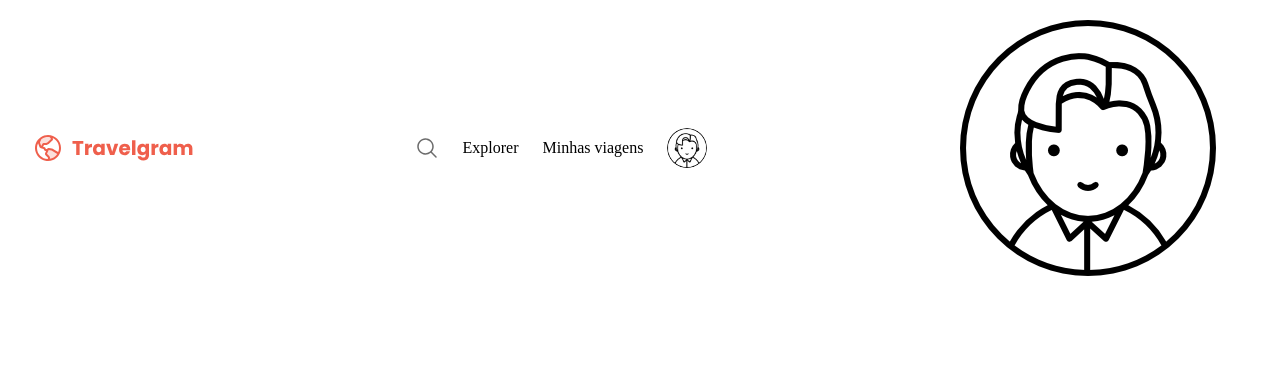
Repository: JeffRodFer/projeto-Travelgran-Rockeseat
Page: index.html
The author's editor kept a copy of each file at every save. The page is drawn from the files as they stood at one save, then again after the next save.
The browser window is 1280 px wide. The pictures show the whole page.

Above is the page before, as saved 2025-03-22 14:24:25.

After the next save:
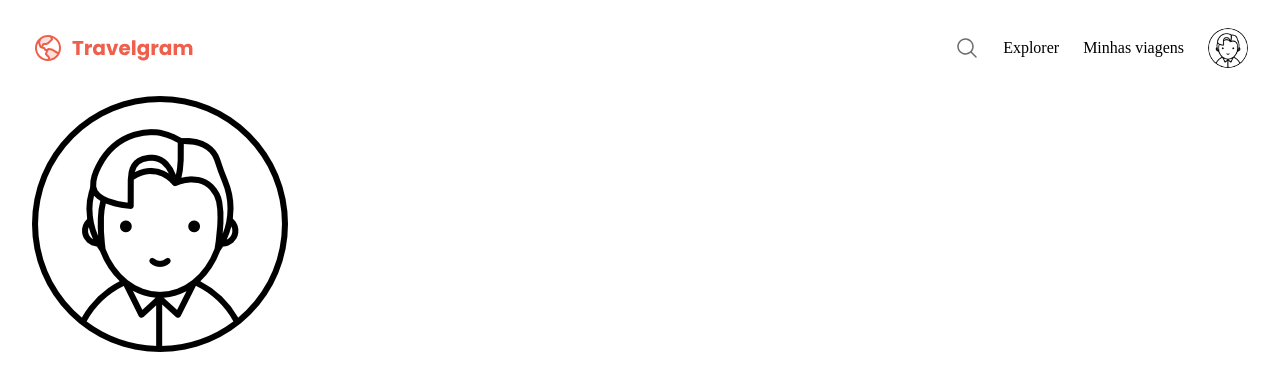
Saved 3 min 20 s later.
--- a/index.html
+++ b/index.html
@@ -12,33 +12,34 @@
 
     </head>
     <body>
-        <div class="bg-suface-color">
-            <nav class="container">
-                <a href="#" id="logo">
-                <img src="assets/Logo.svg" alt="logomarca">
-                </a>
-                <ul id="primary-menu">
-                 <li>
-                    <a href="#">
-                        <img src="assets/icons/MagnifyingGlass.svg" alt="ícone de lupa">
-                    </a>
-                    </li>
-                    <li><a href="#">Explorer</a></li>
-                    <li><a href="#">Minhas viagens</a></li>
-                    <li><a href="#">
-                    <img src="assets/profi-pic-2.png" alt="foto de perfil do boy">
-                    </a>
-                 </li>
-             </ul
-            </nav>
-            <header>
-               <div class="container">
-                <div id="profile">
-                    <img src="assets/profi-pic-2.png" alt="imagem do boy">
+                <div class="bg-suface-color">
+                    <nav class="container">
+                        <a href="#" id="logo">
+                        <img src="assets/Logo.svg" alt="logomarca">
+                        </a>
+                        <ul id="primary-menu">
+                        <li>
+                            <a href="#">
+                                <img src="assets/icons/MagnifyingGlass.svg" alt="ícone de lupa">
+                            </a>
+                            </li>
+                            <li><a href="#">Explorer</a></li>
+                            <li><a href="#">Minhas viagens</a></li>
+                            <li><a href="#">
+                            <img src="assets/profi-pic-2.png" alt="foto de perfil do boy">
+                            </a>
+                        </li>
+                    </ul
+                    </nav>
                 </div>
-               </div>
-            </header>
-        </div>
+                <header>
+                <div class="container">
+                    <div id="profile">
+                        <img src="assets/profi-pic-2.png" alt="imagem do boy">
+                    </div>
+                </div>
+                </header>
+            </div>
     </body>
 
 
